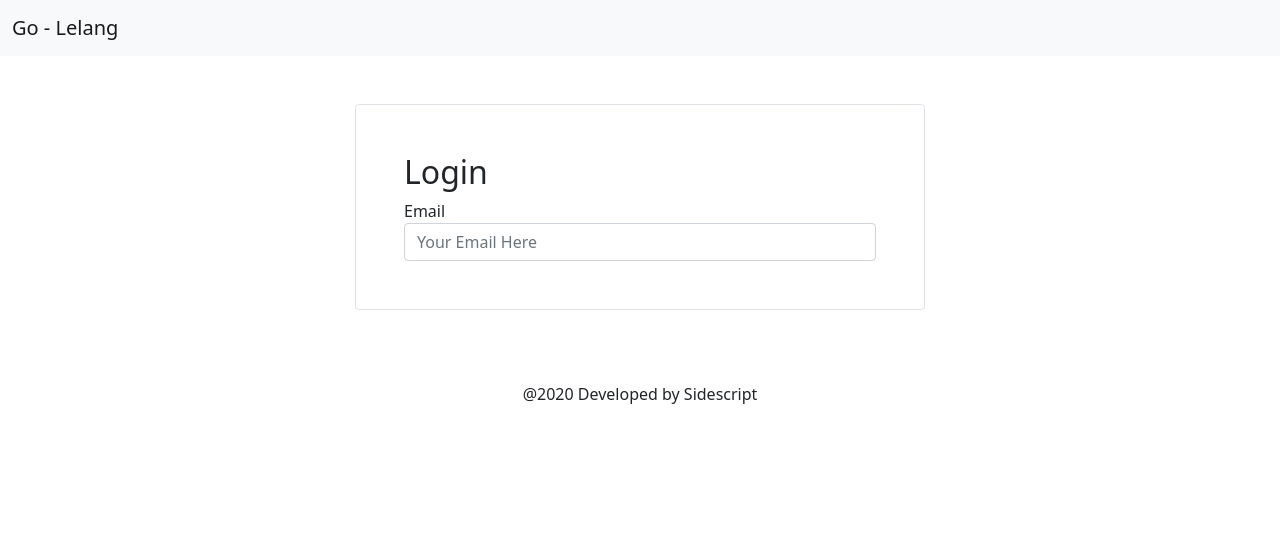
Repository: khulqu15/Go---Lelalng
Page: http://localhost/login
An editor plug-in stored every save of this project. The page is shown before and after a run of saves, followed by the edit.
The browser window is 1280 px wide. The pictures show the whole page.
The page is served by the project's Laravel application, run on PHP 8.4 with Laravel 8.

Above is the page before, as saved 2021-02-22 15:52:08.

After the next 2 saves:
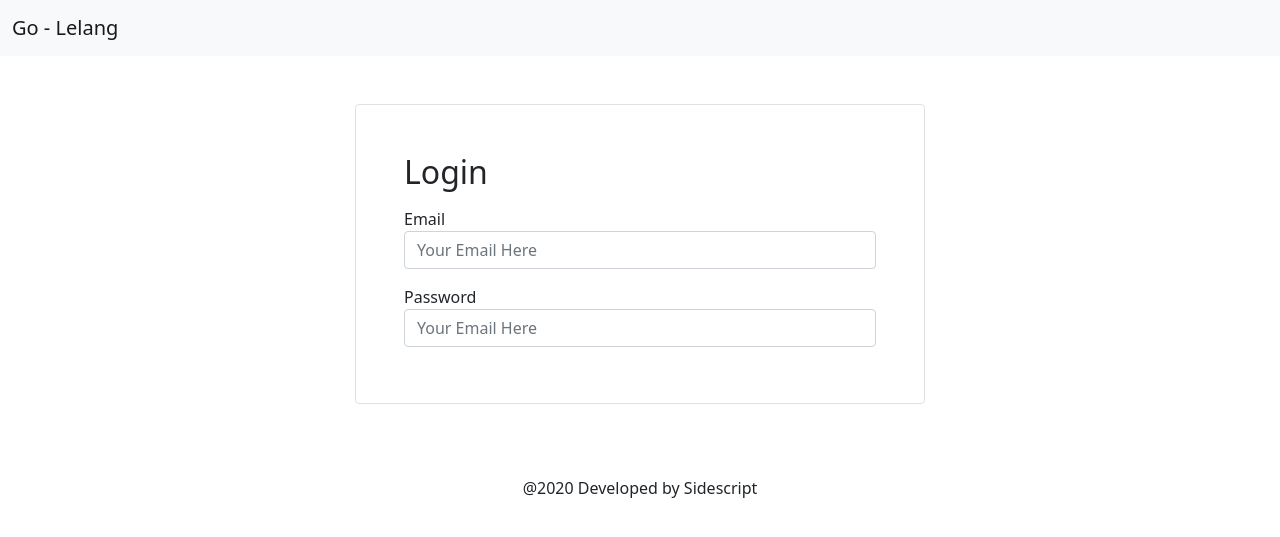
The 2 saves are shown as one change because they came seconds apart.
The last was saved 12 s later.
--- a/resources/views/auth/login.blade.php
+++ b/resources/views/auth/login.blade.php
@@ -7,8 +7,12 @@
     <div class="row">
         <div class="col-md-6 offset-md-3 border rounded p-5">
             <h2>Login</h2>
-            <div class="form-group">
+            <div class="form-group py-2">
                 <label for="email">Email</label>
+                <input type="email" id="email" name="email" class="form-control" placeholder="Your Email Here">
+            </div>
+            <div class="form-group py-2">
+                <label for="email">Password</label>
                 <input type="email" id="email" name="email" class="form-control" placeholder="Your Email Here">
             </div>
         </div>
